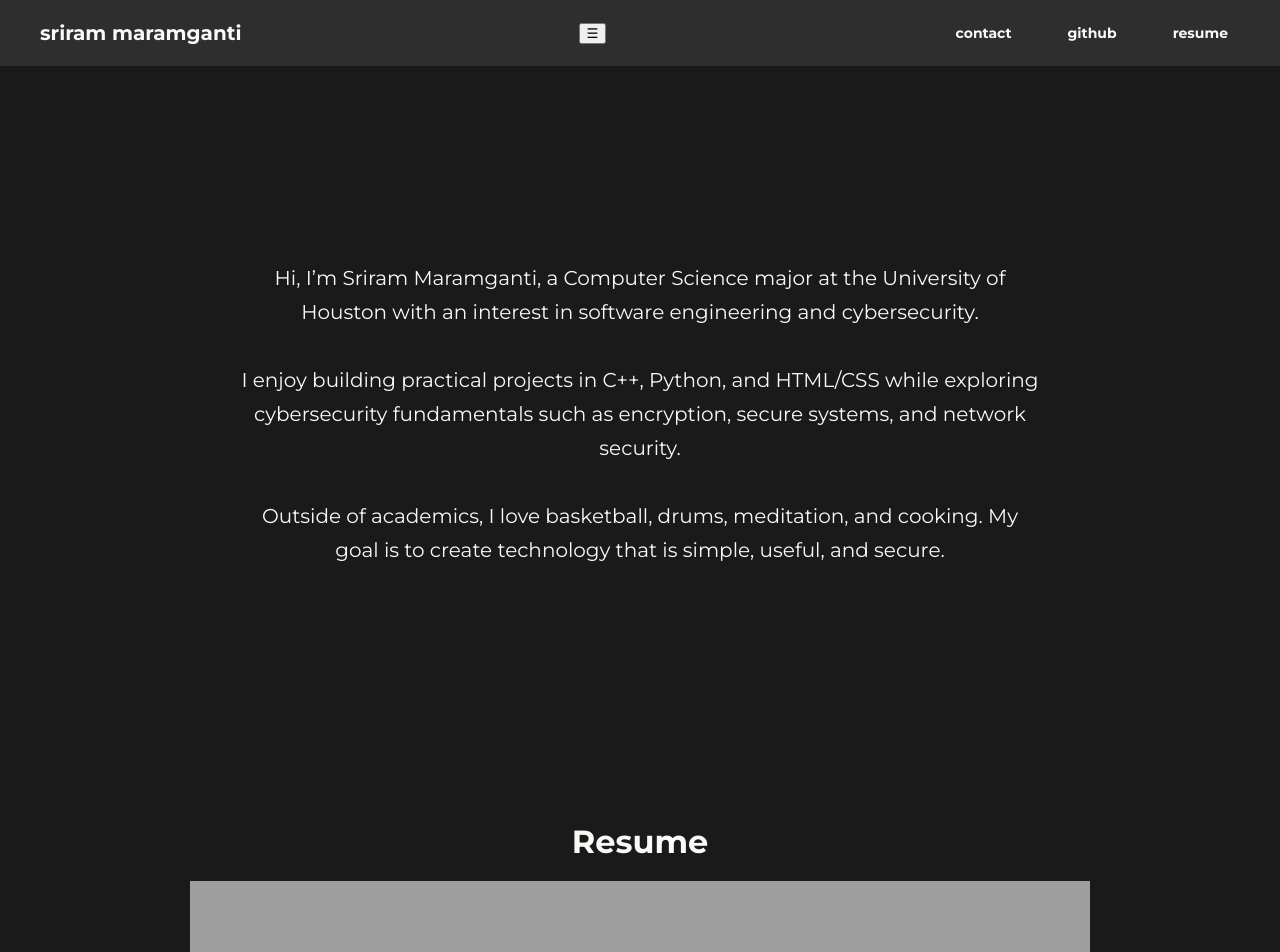
Repository: srirammaramganti/srirammaramganti.github.io
Page: index.html
An editor plug-in stored every save of this project. The page is shown before and after the next save, followed by the edit.
The browser window is 1280 px wide. The pictures show the part of the page from y = 0 to 952 px (the page is 1785 px tall).
Pictures or frames that could not be fetched are drawn as grey boxes.

Above is the page before, as saved 2025-12-18 15:07:10.

### index.html
<!DOCTYPE html>
<html lang="en">
<head>
  <meta charset="UTF-8" />
  <meta name="viewport" content="width=device-width, initial-scale=1.0" />
  <title>Sriram Maramganti</title>
  <link href="https://fonts.googleapis.com/css2?family=Montserrat:wght@400;700&display=swap" rel="stylesheet">
  <link rel="stylesheet" href="index.css" />
  <style>
    /* === YOUR STYLES — PASTE FROM CSS FILE HERE IF NEEDED === */
  </style>
</head>
<body>

  <div id="home"></div>

  <!-- Navbar -->
  <header class="navbar">
    <div class="logo">
      <a href="#home">sriram maramganti</a>
    </div>

    <!-- Hamburger for Mobile -->
    <button class="hamburger" id="hamburger">&#9776;</button>

    <!-- Navigation Links -->
    <nav class="nav-links" id="nav-links">
      <a href="#contact" id="contact-link">contact</a>
      <a href="https://github.com/srirammaramganti" target="_blank">github</a>
      <a href="#resume">resume</a>
    </nav>
  </header>

  <!-- About Section -->
  <section class="center-content">
    <p class="about-text">
      Hi, I’m Sriram Maramganti, a Computer Science major at the
      University of Houston with an interest in software engineering and cybersecurity.
      <br><br>
      I enjoy building practical projects in C++, Python, and HTML/CSS while exploring
      cybersecurity fundamentals such as encryption, secure systems, and network security.
      <br><br>
      Outside of academics, I love basketball, drums, meditation, and cooking.
      My goal is to create technology that is simple, useful, and secure.
    </p>
  </section>

  <!-- Resume Section -->
  <section id="resume" class="resume-section">
    <h2>Resume</h2>
    <iframe
      src="sriram_resume_12_4.pdf"
      width="100%"
      height="650px"
      style="border: none;">
    </iframe>

    <div class="back-to-top">
      <a href="#home">Back to Top ↑</a>
    </div>
  </section>

  <!-- Contact Popup -->
  <div class="card" id="cookie-popup">
    <p class="cookieHeading">Contact Me</p>
    <p class="cookieDescription">Email:</p>
    <p id="copyMe">sriram.maramganti1@gmail.com</p>
    <div class="buttonContainer">
      <button class="acceptButton">Close</button>
    </div>
  </div>

  <!-- Footer -->
  <footer>
    <p>2025 Sriram Maramganti</p>
  </footer>

  <!-- JavaScript -->
  <script>
    // Toggle hamburger menu on mobile
    const hamburger = document.getElementById("hamburger");
    const navLinks = document.getElementById("nav-links");

    hamburger.addEventListener("click", () => {
      navLinks.classList.toggle("show");
    });

    // Show contact popup
    document.getElementById("contact-link").addEventListener("click", function(e) {
      e.preventDefault();
      const popup = document.getElementById("cookie-popup");
      popup.style.display = "block";
      popup.classList.add("show");
    });

    // Close popup
    document.querySelector(".acceptButton").addEventListener("click", function () {
      const popup = document.getElementById("cookie-popup");
      popup.style.display = "none";
      popup.classList.remove("show");
    });

    // Copy email
    document.getElementById("copyMe").addEventListener("click", function () {
      const email = this.textContent;
      navigator.clipboard.writeText(email).then(() => {
        const originalText = this.textContent;
        this.textContent = "Copied!";
        setTimeout(() => {
          this.textContent = originalText;
        }, 1500);
      });
    });
  </script>

</body>
</html>

### index.css
/* ============================================
   COLOR PALETTE
   E0E2DB - light background
   007C77 - teal accent
   D2D4C8 - navbar muted gray
   846075 - muted purple
   C6E1E7 - light blue
   ============================================ */

html {
  scroll-behavior: smooth;
}

body {
  margin: 0;
  padding: 0;
  font-family: 'Montserrat', sans-serif;
  background-color: #1A1A1A;
  color: #FAF9F6;

  /* IMPORTANT: allow scrolling */
  overflow-x: hidden;
  overflow-y: auto;
}

/* =========================
   NAVBAR
   ========================= */
.navbar {
  display: flex;
  justify-content: space-between;
  align-items: center;
  padding: 18px 40px;
  background-color: #2E2E2E;
  position: sticky;
  top: 0;
  z-index: 1000;
}

.logo {
  font-weight: 700;
  font-size: 20px;
}

.logo a {
  color: #FAF9F6;
  text-decoration: none;
}

.nav-links {
  display: flex;
  gap: 32px;
}

.nav-links a {
  color: #FAF9F6;
  text-decoration: none;
  font-weight: 600;
  font-size: 14px;
  padding: 6px 12px;
  transition: color 0.2s ease;
}

.nav-links a:hover {
  color: #C6E1E7;
}

/* =========================
   INTRO / ABOUT SECTION
   ========================= */
.center-content {
  min-height: 80vh;
  display: flex;
  justify-content: center;
  align-items: center;
  padding: 60px 20px;
  text-align: center;
}

.about-text {
  font-size: 1.25rem;
  max-width: 800px;
  line-height: 1.7;
  margin: auto;
}

/* =========================
   RESUME SECTION
   ========================= */
.resume-section {
  width: 80%;
  max-width: 900px;
  margin: 60px auto 120px auto;
  text-align: center;
}

.resume-section h2 {
  font-size: 2rem;
  margin-bottom: 20px;
}

.back-to-top {
  text-align: center;
  margin-top: 25px;
}

.back-to-top a {
  color: #C6E1E7;
  text-decoration: none;
  font-weight: 600;
  transition: color 0.2s ease;
}

.back-to-top a:hover {
  color: #FAF9F6;
}

/* =========================
   CONTACT POPUP
   ========================= */
#cookie-popup {
  display: none;
  position: fixed;
  top: 50%;
  left: 50%;
  transform: translate(-50%, -50%);
  background-color: #424242;
  color: #FAF9F6;
  width: 320px;
  padding: 25px;
  box-shadow: 2px 2px 20px rgba(0, 0, 0, 0.4);
  border-radius: 12px;
  z-index: 2000;
  text-align: center;
}

#cookieSvg {
  width: 50px;
  margin: 0 auto 12px;
}

#cookieSvg g path {
  fill: rgb(97, 81, 81);
}

.cookieHeading {
  font-size: 1.3em;
  font-weight: bold;
}

.cookieDescription {
  font-size: 0.85em;
  margin-bottom: 10px;
}

#copyMe {
  font-weight: bold;
  cursor: pointer;
  user-select: none;
  text-decoration: underline;
}

.buttonContainer {
  margin-top: 16px;
}

.acceptButton {
  background-color: #7b57ff;
  color: white;
  border: none;
  border-radius: 20px;
  padding: 8px 20px;
  cursor: pointer;
  font-weight: 600;
  transition: background-color 0.2s ease;
}

.acceptButton:hover {
  background-color: #6949d3;
}

/* =========================
   FOOTER
   ========================= */
footer {
  background-color: #2E2E2E;
  color: #FAF9F6;
  text-align: center;
  padding: 20px 0;
  font-size: 14px;
}

/* =========================
   MOBILE RESPONSIVENESS
   ========================= */
@media (max-width: 600px) {
  .navbar {
    flex-direction: column;
    align-items: center;
  }

  .hamburger {
    display: block;
    position: absolute;
    right: 20px;
    top: 18px;
  }

  .nav-links {
    flex-direction: column;
    align-items: center;
    width: 100%;
    display: none; /* hidden by default */
    background-color: #2E2E2E;
    padding-bottom: 12px;
  }

  .nav-links.show {
    display: flex;
  }

  .nav-links a {
    padding: 10px 0;
    width: 100%;
    text-align: center;
    border-top: 1px solid #3a3a3a;
  }
  .logo {
    font-size: 18px;
    display: flex;
    justify-content: center;
    align-items: center;
    width: 100%;
  }
  .about-text {
    font-size: 1rem;
    padding: 0 10px;
  }

  .resume-section {
    width: 95%;
  }

  #cookie-popup {
    width: 90%;
    padding: 20px;
  }

  .acceptButton {
    width: 100%;
    padding: 12px 0;
    font-size: 1rem;
  }
}

#cookie-popup {
  opacity: 0;
  transition: opacity 0.3s ease;
}

#cookie-popup.show {
  opacity: 1;
}

After the next save:
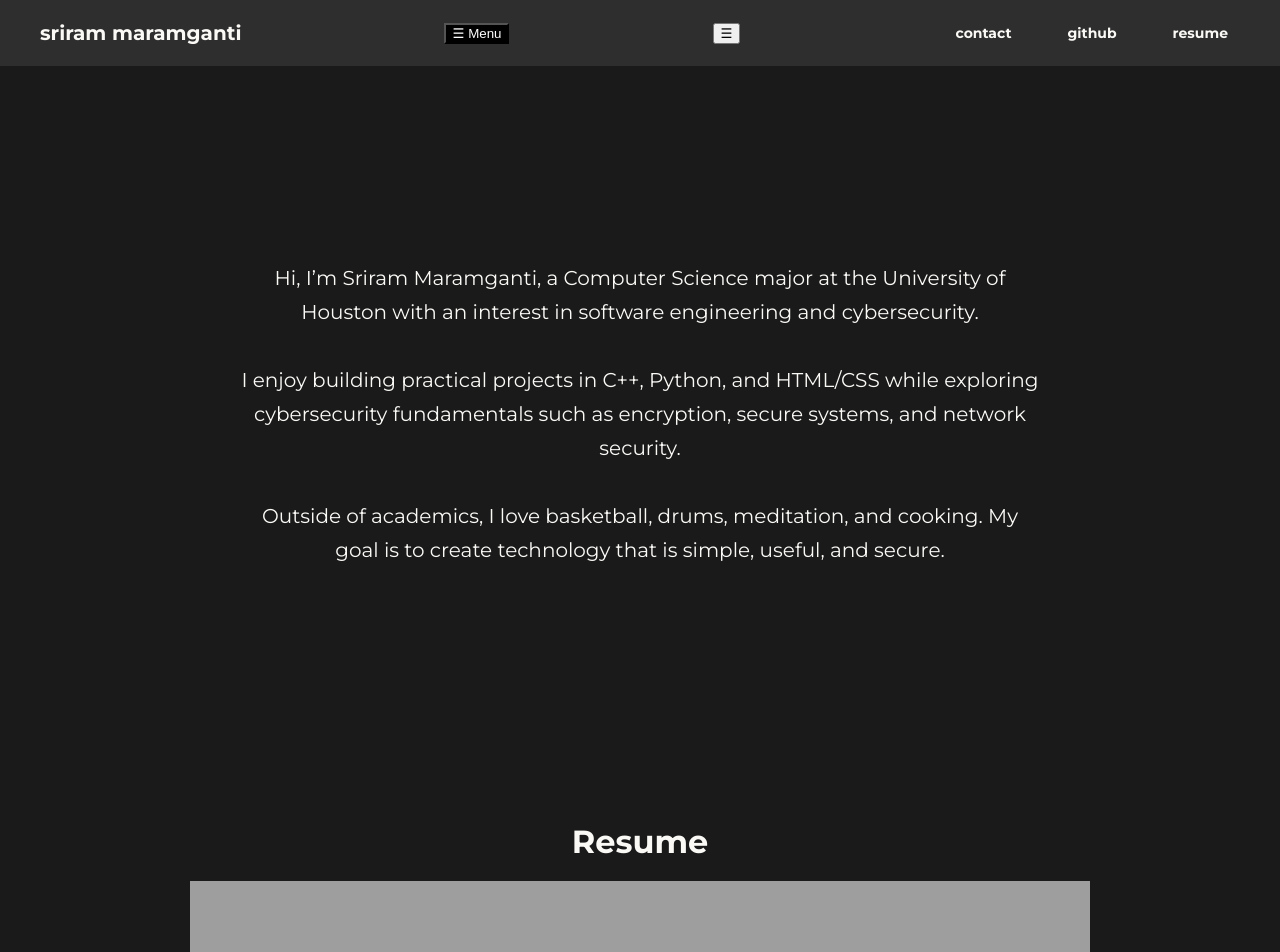
Saved 3 min 5 s later.
--- a/index.html
+++ b/index.html
@@ -13,20 +13,17 @@
 <body>
 
   <div id="home"></div>
-
-  <!-- Navbar -->
   <header class="navbar">
     <div class="logo">
       <a href="#home">sriram maramganti</a>
     </div>
 
-    <!-- Hamburger for Mobile -->
+    <button style="background-color: black; color: white;">☰ Menu</button>
     <button class="hamburger" id="hamburger">&#9776;</button>
 
-    <!-- Navigation Links -->
     <nav class="nav-links" id="nav-links">
       <a href="#contact" id="contact-link">contact</a>
-      <a href="https://github.com/srirammaramganti" target="_blank">github</a>
+      <a href="https://github.com/srirammaramganti">github</a>
       <a href="#resume">resume</a>
     </nav>
   </header>

After the save that followed:
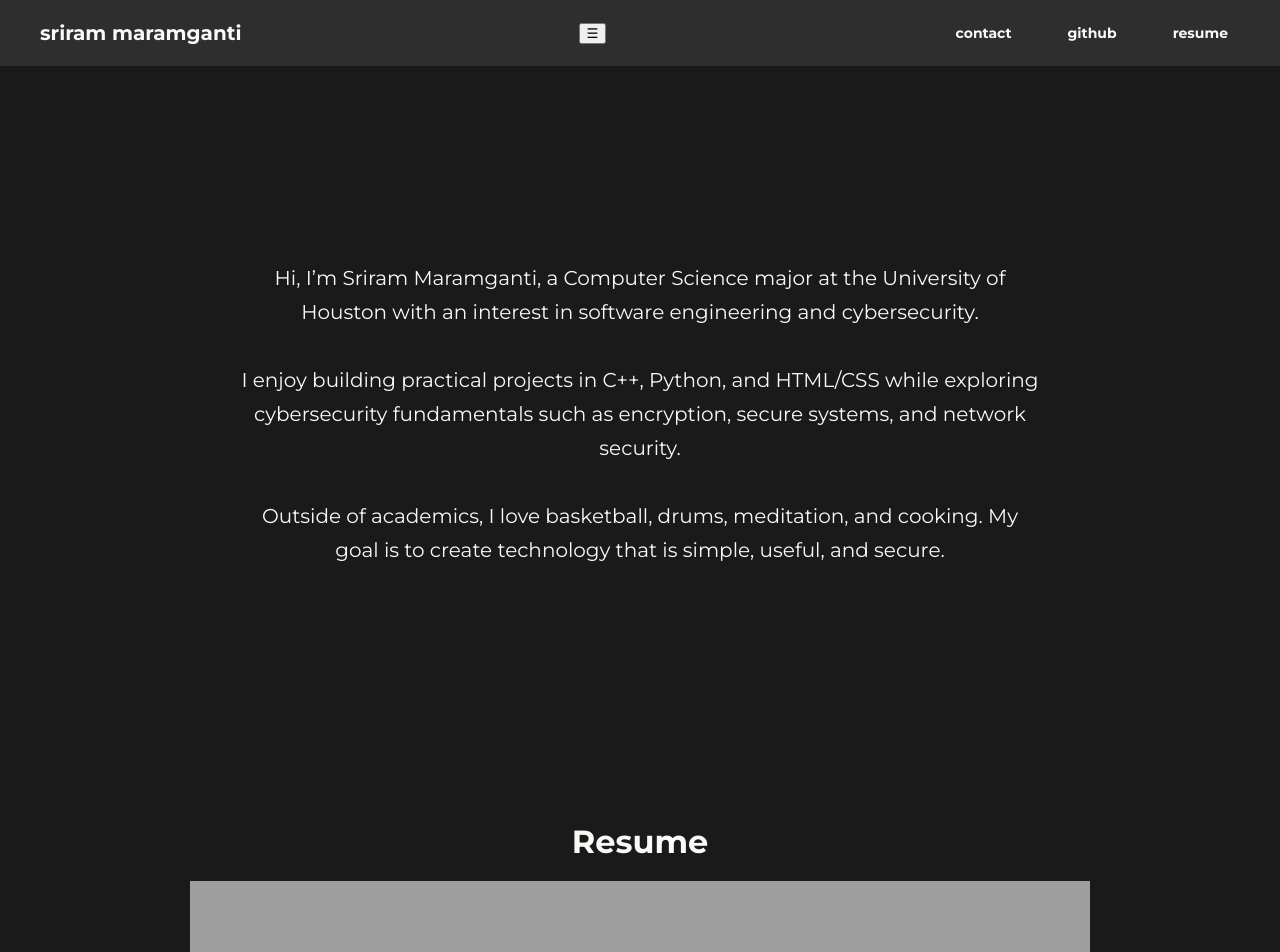
Saved 14 s later.
--- a/index.html
+++ b/index.html
@@ -18,7 +18,6 @@
       <a href="#home">sriram maramganti</a>
     </div>
 
-    <button style="background-color: black; color: white;">☰ Menu</button>
     <button class="hamburger" id="hamburger">&#9776;</button>
 
     <nav class="nav-links" id="nav-links">
